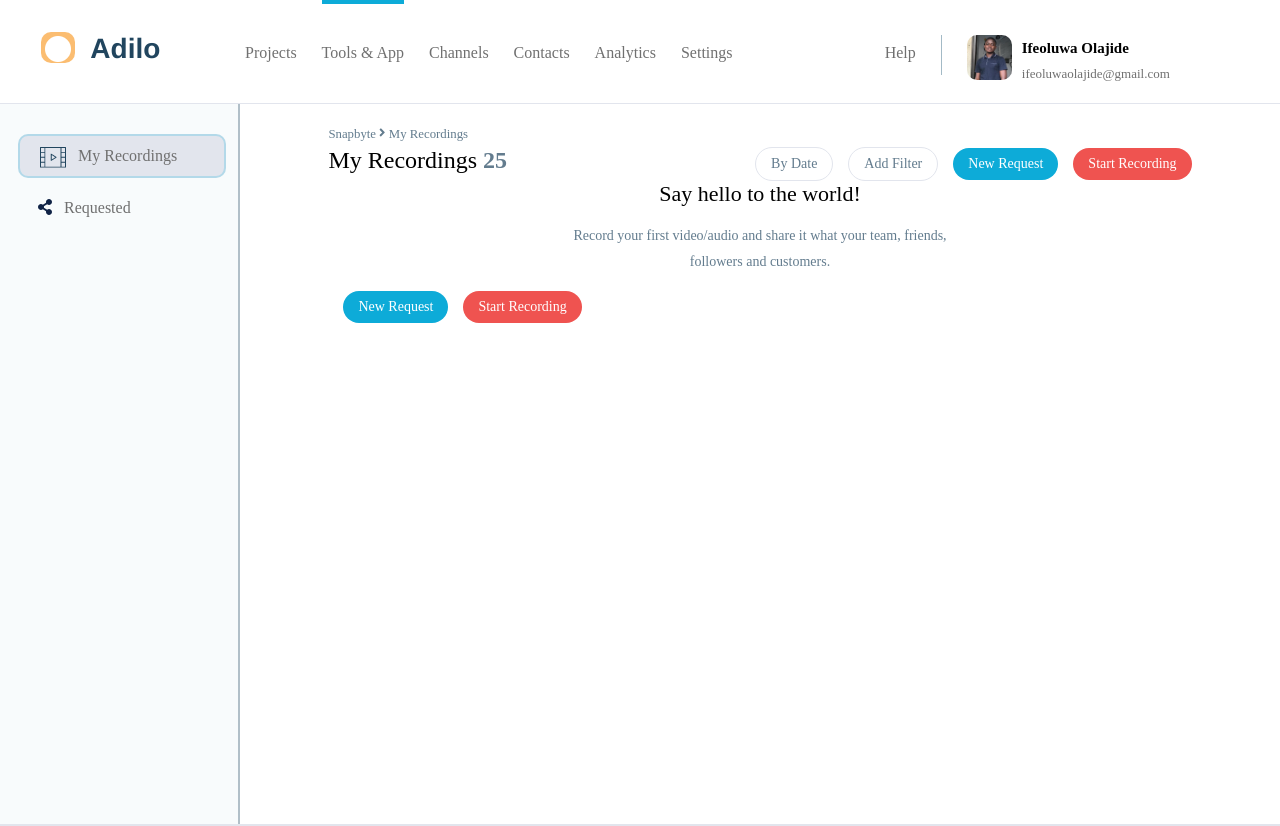
Repository: olhighjay/video_recorder
Page: /
The author's editor kept a copy of each file at every save. The page is drawn from the files as they stood at one save, then again after the next save.
The browser window is 1280 px wide. The pictures show the whole page.
Some web libraries are served in a nearby version. The project was rebuilt for these pictures with package versions that can differ from the ones it lists, and the page was loaded fresh each time. Also part of the build but not shown: vue.config.js.

Above is the page before, as saved 2022-07-29 05:27:32.

After the next save:
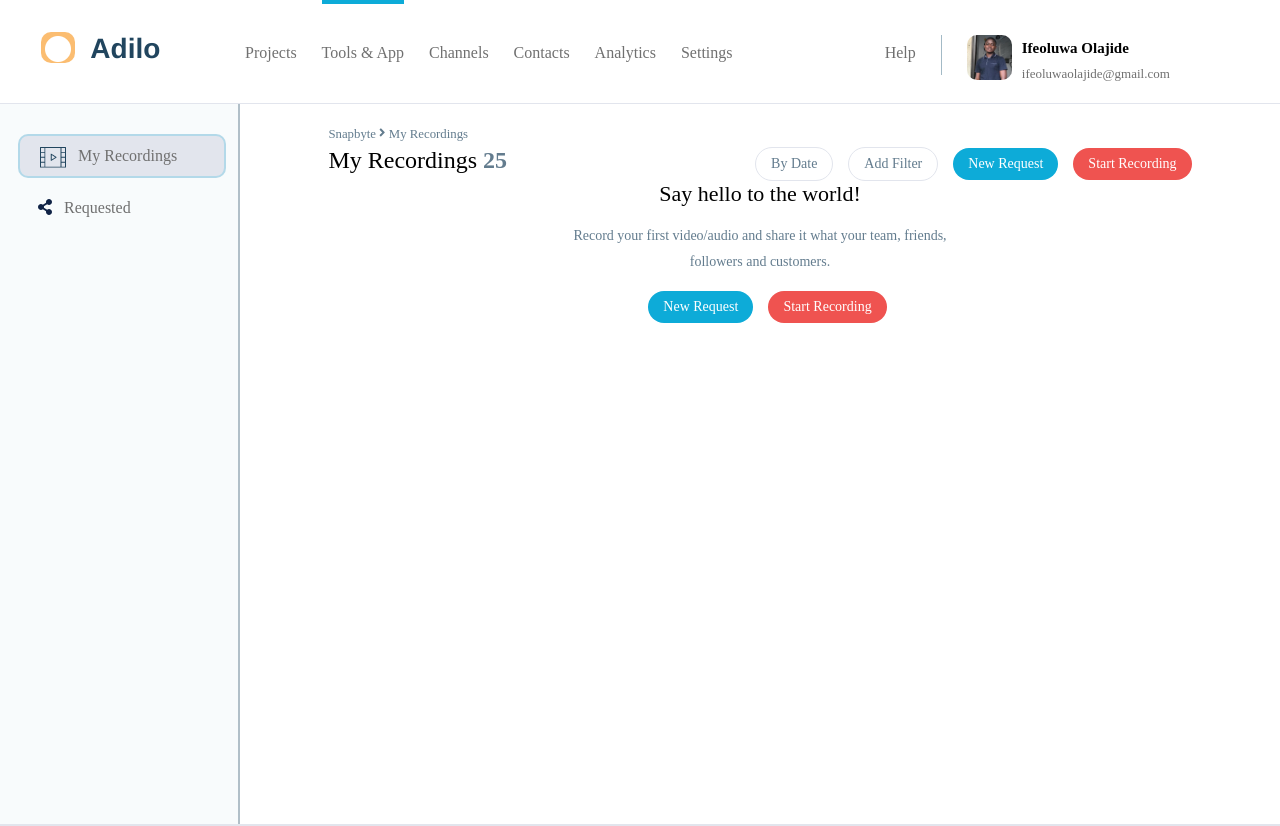
Saved 28 s later.
--- a/src/App.vue
+++ b/src/App.vue
@@ -24,7 +24,7 @@
             <div>
               <p style="color: #000; font-size: 22px; text-align:center; font-weight:medium">Say hello to the world!</p>
               <p style="color: #637C8E; font-size: 14px; text-align:center;">Record your first video/audio and share it what your team, friends, <br />followers and customers.</p>
-              <div class="text-align:center">
+              <div class="text-center">
                 <button class="sub-heading-btn blue-btn">New Request</button>
                 <button class="sub-heading-btn red-btn">Start Recording</button>
               </div>
